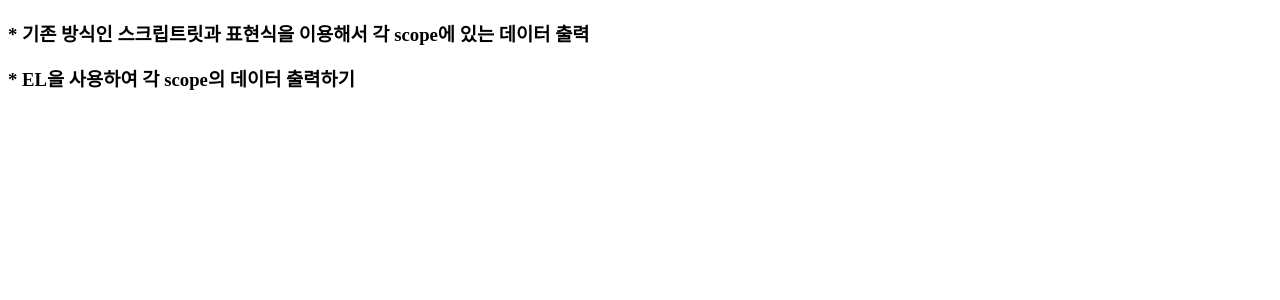
Repository: smjae96/Backup
Page: http://localhost/elActionProject/el.do
These files come from the project's save history. The page is drawn as it stood at one moment and after the next save; the edit follows.
The browser window is 1280 px wide. The pictures show the whole page.
The page is served by Tomcat 9.

Above is the page before, as saved 2024-03-28 02:20:24.

### 5_JSP/elActionProject/src/main/webapp/views/1_EL/01_el.jsp
<%@ page language="java" contentType="text/html; charset=UTF-8"
    pageEncoding="UTF-8"%>
<%@ page import="com.kh.model.vo.*" %>

<!DOCTYPE html>
<html>
<head>
<meta charset="UTF-8">
<title>Insert title here</title>
</head>
<body>
	<h3>* 기존 방식인 스크립트릿과 표현식을 이용해서 각 scope에 있는 데이터 출력</h3>
	<%--
	<%
		// classRoom, student, academy, teacher
		String classRoom = (String)request.getAttribute("classRoom");
		Person student = (Person)request.getAttribute("student");

		String academy = (String)session.getAttribute("academy");
		Person teacher = (Person)session.getAttribute("teacher");

		String scopeR = (String)request.getAttribute("scope");
		String scopeS = (String)session.getAttribute("scope");
		String scopeA = (String)application.getAttribute("scope");
	%>
	<p>
		학원명 : <%= academy %> <br>
		강의장 : ${classRoom } <br>
		강사 : <%= teacher.getName() + " , " + teacher.getAge() + " , " + teacher.getGender() %>
		<br><br>
		수강생 정보
		<ul>
			<li>이름 : <%= student.getName() %></li>
			<li>나이 : ${student.getAge() }</li>
			<li>성별 : ${student.getGender() }</li>
		</ul>
	</p>
	 --%>
	 <h3>* EL을 사용하여 각 scope의 데이터 출력하기</h3>
</body>
</html>

### 5_JSP/elActionProject/src/main/java/com/kh/controller/ElServlet.java
package com.kh.controller;

import java.io.IOException;

import javax.servlet.ServletContext;
import javax.servlet.ServletException;
import javax.servlet.annotation.WebServlet;
import javax.servlet.http.HttpServlet;
import javax.servlet.http.HttpServletRequest;
import javax.servlet.http.HttpServletResponse;
import javax.servlet.http.HttpSession;

import com.kh.model.vo.Person;

/**
 * Servlet implementation class ElServlet
 */
@WebServlet("/el.do")
public class ElServlet extends HttpServlet {
	private static final long serialVersionUID = 1L;

    /**
     * @see HttpServlet#HttpServlet()
     */
    public ElServlet() {
        super();
        // TODO Auto-generated constructor stub
    }

	/**
	 * @see HttpServlet#doGet(HttpServletRequest request, HttpServletResponse response)
	 */
	protected void doGet(HttpServletRequest request, HttpServletResponse response) throws ServletException, IOException {
		/*
		 * * 데이터를 담을 수 있는 JSP 내장 객체 종류
		 * 1. ServletContext (applictaion scope)
		 * 		- 한 애플리케이션 당 단 1개만 존재하는 객체
		 * 		- 이 영역에 데이터를 담으면 애플리케이션 전역에서 사용 가능
		 * 		- 공유 범위가 큼 (jsp/servlet/java)
		 * 2. HttpSession (session scope)
		 * 		- 한 브라우저 당 1개 존재하는 객체 (크롬, Edge, 사파리, 파이어폭스 ....)
		 * 		- 이 영역에 데이터를 담으면 jsp/servlet 단에서 사용 가능
		 * 		- 공유 범위가 다소 제한적임 (java 단에서는 사용 불가)
		 *
		 * 3. HttpServletRequest (request scope)
		 * 		- 요청할 때마다 매번 생성되는 객체
		 * 		- 이 영역에 데이터를 담으면 해당 request 객체를 포워딩 받는 jsp에서만 사용 가능
		 * 		- 공유 범위가 응답된 jsp에서만 가능
		 *
		 *
		 * 4. PageContext (page scope)
		 * 		- jsp마다 존재하는 객체
		 * 		- 공유 범위가 가장 작음 (해당 페이지에서 담고 해당 페이지에서 사용)
		 *
		 * 위의 객체들에 데이터를 담고자 할 때,
		 * 		.setAttribute("키값", 담고자 하는 데이터)
		 *
		 * 			데이터를 꺼내고자 할 때,
		 * 		.getAttribute("키값") : 담겨 있는 데이터 (Object)
		 *
		 * 			데이터를 삭제하고자 할 때,
		 * 		.removeAttribute("키값")
		 *
		 *
		 */
		// request scope에 데이터 담기
		request.setAttribute("classRoom", "L강의장");
		request.setAttribute("student", new Person("심재윤", 29, "남자"));

		// session scope에 데이터 담기
		HttpSession session = request.getSession();
		session.setAttribute("academy", "KH정보교육원");
		session.setAttribute("teacher", new Person("임수진", 20, "여자"));

		// request scope와 session scope에 동일한 키값으로 데이터 담기
		request.setAttribute("scope", "request");
		session.setAttribute("scope", "session");

		// application scope에 동일한 키값으로 데이터 담기
		ServletContext application = request.getServletContext();
		application.setAttribute("scope", "application");

		request.getRequestDispatcher("views/1_EL/01_el.jsp").forward(request, response);




	}

	/**
	 * @see HttpServlet#doPost(HttpServletRequest request, HttpServletResponse response)
	 */
	protected void doPost(HttpServletRequest request, HttpServletResponse response) throws ServletException, IOException {
		// TODO Auto-generated method stub
		doGet(request, response);
	}

}

### 5_JSP/elActionProject/src/main/java/com/kh/model/vo/Person.java
package com.kh.model.vo;

public class Person {

	private String name;
	private int age;
	private String gender;

	public Person() {
		super();
	}
	public Person(String name, int age, String gender) {
		super();
		this.name = name;
		this.age = age;
		this.gender = gender;
	}

	public String getName() {
		return name;
	}
	public void setName(String name) {
		this.name = name;
	}
	public int getAge() {
		return age;
	}
	public void setAge(int age) {
		this.age = age;
	}
	public String getGender() {
		return gender;
	}
	public void setGender(String gender) {
		this.gender = gender;
	}

	@Override
	public String toString() {
		return "Person [name=" + name + ", age=" + age + ", gender=" + gender + "]";
	}

}

After the next save:
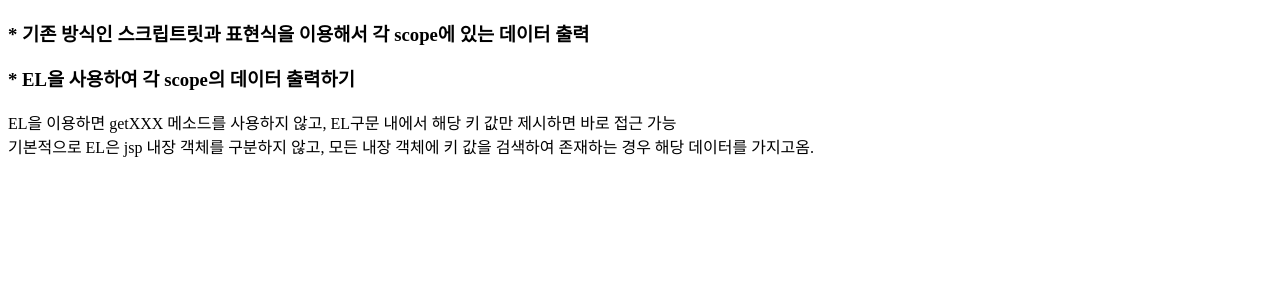
Saved 2 min 8 s later.
--- a/5_JSP/elActionProject/src/main/webapp/views/1_EL/01_el.jsp
+++ b/5_JSP/elActionProject/src/main/webapp/views/1_EL/01_el.jsp
@@ -37,5 +37,10 @@
 	</p>
 	 --%>
 	 <h3>* EL을 사용하여 각 scope의 데이터 출력하기</h3>
+	 <p>
+	 	EL을 이용하면 getXXX 메소드를 사용하지 않고, EL구문 내에서 해당 키 값만 제시하면 바로 접근 가능 <br>
+	 	기본적으로 EL은 jsp 내장 객체를 구분하지 않고, 모든 내장 객체에 키 값을 검색하여 존재하는 경우
+	 	해당 데이터를 가지고옴.
+	 </p>
 </body>
 </html>
